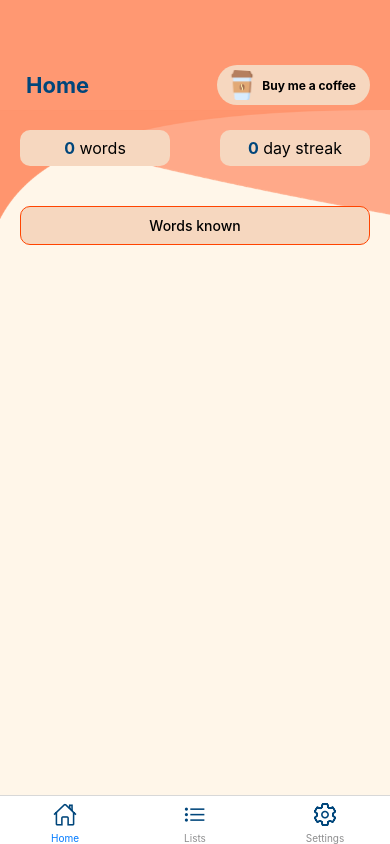
Repository: David-Waite/SpellingApp
Screen: /
An editor plug-in stored every save of this project. The screen is shown before and after a run of saves, followed by the edit.
The app was drawn by React Native's web renderer in a window 390 px wide. The project was rebuilt for these pictures with package versions that can differ from the ones it lists, and the page was loaded fresh each time. Also part of the build but not shown: screens/Settings.js, screens/SpellWord.js, screens/WordsLearnt.js, screens/WordListOverview.js, screens/WordLists.js, screens/Donate.js.

Above is the screen before, as saved 2023-06-22 22:29:43.

### App.js
import { NavigationContainer } from "@react-navigation/native";
import { StatusBar } from "expo-status-bar";
import { StyleSheet } from "react-native";
import { Ionicons } from "@expo/vector-icons";

import Home from "./screens/Home";
import Settings from "./screens/Settings";
import SpellWord from "./screens/SpellWord";
import WordsLearnt from "./screens/WordsLearnt";
import WordListOverview from "./screens/WordListOverview";
import WordLists from "./screens/WordLists";
import Donate from "./screens/Donate";

import { createStackNavigator } from "@react-navigation/stack";
import { createBottomTabNavigator } from "@react-navigation/bottom-tabs";
import { GlobalStyles } from "./constants/styles";

import CoffeeBtn from "./components/ui/CoffeeBtn";

const BottomTabs = createBottomTabNavigator();
const Stack = createStackNavigator();

function BottomTabsScreens() {
  return (
    <BottomTabs.Navigator>
      <BottomTabs.Screen
        name="Home"
        component={Home}
        headerShadowVisible={false}
        options={({ navigation }) => ({
          headerRight: () => (
            <CoffeeBtn
              onPress={() => {
                navigation.navigate("Donate");
              }}
            />
          ),
          title: "Home",
          tabBarLabel: "Home",
          headerTitleAlign: "left",
          headerShadowVisible: false,
          headerTitleStyle: {
            color: GlobalStyles.colors.accent500,
            fontSize: 22,
            marginLeft: 10,
            fontWeight: 700,
            marginBottom: -60,
          },
          headerStyle: {
            backgroundColor: GlobalStyles.colors.primary400,
            height: 110,
          },

          tabBarIcon: ({ color, size }) => (
            <Ionicons
              name="home-outline"
              size={size}
              color={GlobalStyles.colors.accent500}
            />
          ),
        })}
      />
      <BottomTabs.Screen
        name="WordLists"
        component={WordLists}
        options={{
          title: "Word Lists",
          tabBarLabel: "Lists",
          tabBarIcon: ({ color, size }) => (
            <Ionicons
              name="list-outline"
              size={size}
              color={GlobalStyles.colors.accent500}
            />
          ),
        }}
      />
      <BottomTabs.Screen
        name="Settings"
        component={Settings}
        options={{
          title: "Settings",
          tabBarLabel: "Settings",
          tabBarIcon: ({ color, size }) => (
            <Ionicons
              name="settings-outline"
              size={size}
              color={GlobalStyles.colors.accent500}
            />
          ),
        }}
      />
    </BottomTabs.Navigator>
  );
}
export default function App() {
  return (
    <>
      <StatusBar style="light" />
      <NavigationContainer>
        <Stack.Navigator>
          <Stack.Screen
            name="BottomTabsScreen"
            component={BottomTabsScreens}
            options={{ headerShown: false }}
          />
          <Stack.Screen
            name="WordsLearnt"
            component={WordsLearnt}
            options={{ presentation: "modal" }}
          />
          <Stack.Screen name="WordListOverview" component={WordListOverview} />
          <Stack.Screen
            name="SpellWord"
            component={SpellWord}
            options={{ presentation: "modal" }}
          />
          <Stack.Screen
            name="Donate"
            component={Donate}
            options={{ presentation: "modal" }}
          />
        </Stack.Navigator>
      </NavigationContainer>
    </>
  );
}

const styles = StyleSheet.create({
  container: {
    flex: 1,
    backgroundColor: "#fff",
    alignItems: "center",
    justifyContent: "center",
  },
});

### screens/Home.js
import { ImageBackground, Text, View } from "react-native";
import { Dimensions } from "react-native";

import { StyleSheet } from "react-native";
import { GlobalStyles } from "../constants/styles";

import WordsLearntCard from "../components/ui/WordsLearntCard";
import StatBtn from "../components/ui/Home/StatBtn";

const windowWidth = Dimensions.get("window").width;
const windowHeight = Dimensions.get("window").height;
const imageHeight = windowWidth / 3.5;

function Home({ navigation }) {
  return (
    <View style={styles.imageContainer}>
      <ImageBackground
        style={styles.ImageBackground}
        source={require("../images/SpellingAppHeaderBackground.png")}
      >
        <View style={styles.container}>
          <View style={styles.statContainer}>
            <StatBtn stat={0} text="words" />
            <StatBtn stat={0} text="day streak" />
          </View>
          <WordsLearntCard navigation={navigation} />
        </View>
      </ImageBackground>
    </View>
  );
}

export default Home;

const styles = StyleSheet.create({
  imageContainer: {
    flex: 1,
    backgroundColor: GlobalStyles.colors.background,
  },
  statContainer: {
    flexDirection: "row",
    justifyContent: "space-between",

    marginBottom: 40,
  },
  container: {
    padding: 20,
    paddingBottom: 40,
  },
  ImageBackground: {
    resizeMode: "contain",
    width: windowWidth,
    height: imageHeight,
  },
});

### constants/styles.js
export const GlobalStyles = {
  colors: {
    background: "#FFF6E9",
    primary50: "#FFF0E5",
    primary100: "#F6D7BF",
    primary100Dark: "#c7ad99",
    primary300: "#FFA989",
    primary400: "#FF9872",
    primary500: "#FF946E",
    primary800: "#FF4400",
    accent500: "#00467B",
    success500: "#0A8900",
    error500: "#FF0000",
  },
};

### components/ui/CoffeeBtn.js
import { Image } from "react-native";
import { StyleSheet } from "react-native";
import { Pressable } from "react-native";
import { View, Text } from "react-native";
import { GlobalStyles } from "../../constants/styles";

function CoffeeBtn({ onPress }) {
  return (
    <Pressable
      onPress={onPress}
      style={({ pressed }) => [styles.conatiner, pressed && styles.pressed]}
    >
      <View style={styles.layoutConatiner}>
        <Image
          style={styles.coffee}
          source={require("../../images/coffee-cup.png")}
        />
        <Text style={styles.text}>Buy me a coffee</Text>
      </View>
    </Pressable>
  );
}

export default CoffeeBtn;

const styles = StyleSheet.create({
  conatiner: {
    backgroundColor: GlobalStyles.colors.primary100,
    borderRadius: 20,
    paddingLeft: 10,
    paddingRight: 14,
    paddingVertical: 5,
    marginRight: 20,
    marginBottom: -60,
  },
  layoutConatiner: {
    flexDirection: "row",
    alignItems: "center",
    gap: 5,
  },
  text: {
    fontSize: 12,
    fontWeight: 700,
  },
  coffee: {
    width: 30,
    height: 30,
  },
  pressed: {
    backgroundColor: GlobalStyles.colors.primary100Dark,
    borderRadius: 20,
  },
});

### components/ui/WordsLearntCard.js
import { Text, StyleSheet } from "react-native";

import { GlobalStyles } from "../../constants/styles";
import { Pressable } from "react-native";
import { View } from "react-native";

function WordsLearntCard({ navigation }) {
  return (
    <Pressable onPress={() => navigation.navigate("WordsLearnt")}>
      <View style={styles.container}>
        <Text style={styles.WordsKnownText}>Words known</Text>
      </View>
    </Pressable>
  );
}

export default WordsLearntCard;

const styles = StyleSheet.create({
  container: {
    backgroundColor: GlobalStyles.colors.primary100,
    paddingHorizontal: 10,
    paddingVertical: 10,
    borderRadius: 10,
    borderColor: GlobalStyles.colors.primary800,
    borderWidth: 1,
  },
  WordsKnownText: {
    textAlign: "center",
    fontWeight: "500",
  },
  pressed: {
    opacity: 0.75,
  },
});

### components/ui/Home/StatBtn.js
import { StyleSheet } from "react-native";
import { Text, View } from "react-native";
import { GlobalStyles } from "../../../constants/styles";

function StatBtn({ stat, text }) {
  return (
    <View style={styles.container}>
      <Text style={styles.stat}>
        {stat}
        <Text style={styles.text}> {text}</Text>
      </Text>
    </View>
  );
}

export default StatBtn;

const styles = StyleSheet.create({
  container: {
    flexDirection: "row",
    gap: 10,
    backgroundColor: GlobalStyles.colors.primary100,
    borderRadius: 10,
    paddingHorizontal: 10,
    paddingVertical: 8,
    minWidth: 150,
    justifyContent: "center",
  },
  stat: {
    fontSize: 16,
    color: GlobalStyles.colors.accent500,
    fontWeight: "bold",
  },
  text: {
    color: "black",
    fontWeight: 400,
  },
});

After the next 2 saves:
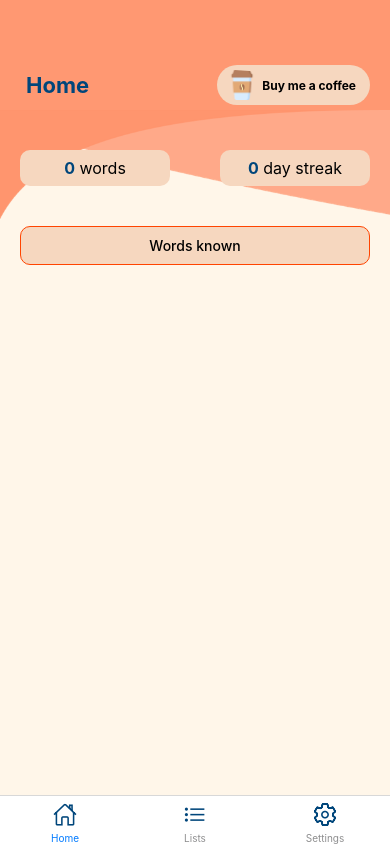
The 2 saves are shown as one change because they came seconds apart.
The last was saved 9 s later.
--- a/screens/Home.js
+++ b/screens/Home.js
@@ -45,7 +45,7 @@ const styles = StyleSheet.create({
   },
   container: {
     padding: 20,
-    paddingBottom: 40,
+    paddingTop: 40,
   },
   ImageBackground: {
     resizeMode: "contain",
